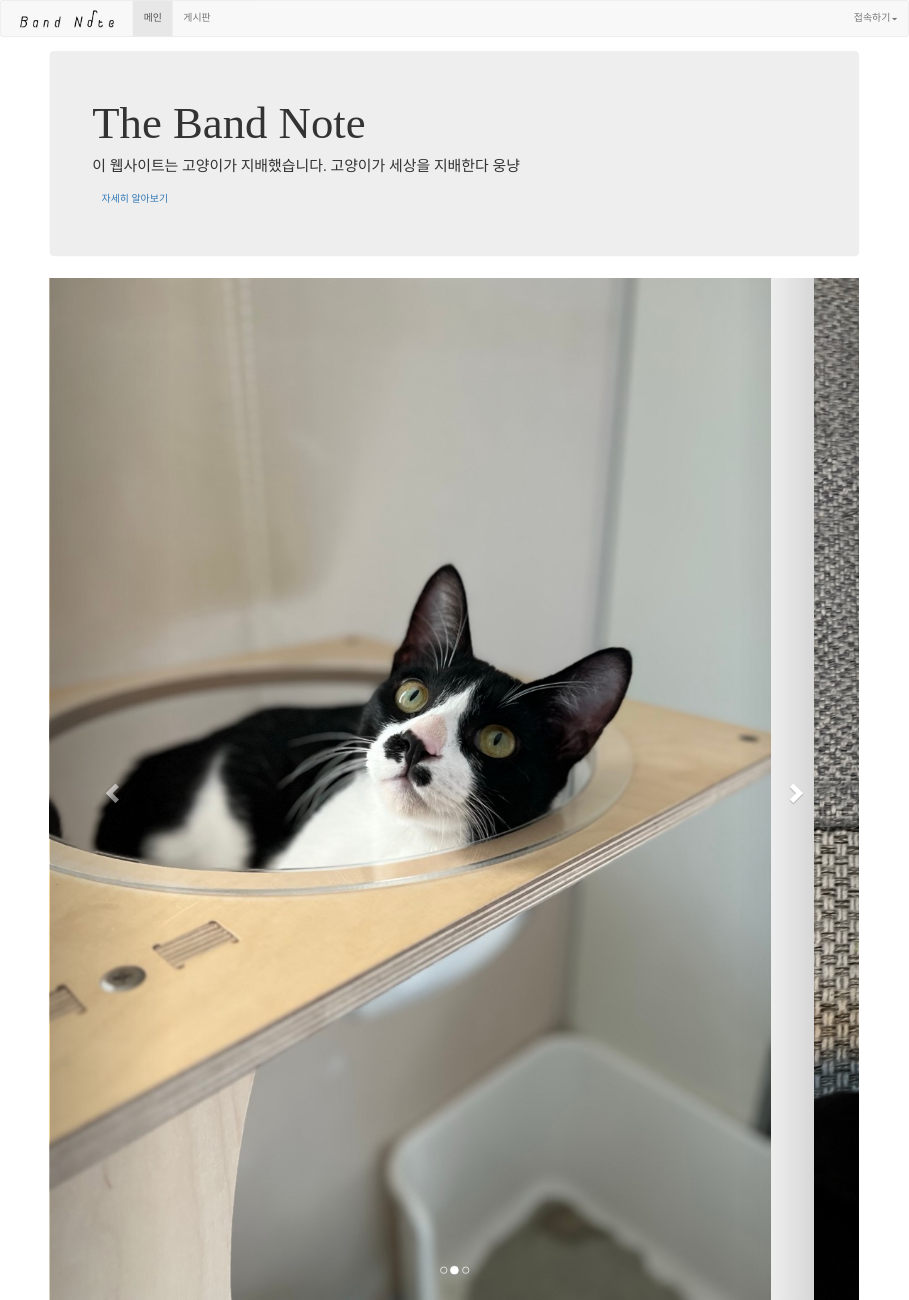
Repository: SweetFriedPotato/BandNote
Page: http://localhost/BBS/main.jsp
These files come from the project's save history. The page is drawn as it stood at one moment and after the next save; the edit follows.
The browser window is 1280 px wide. The pictures show the whole page, at 71% of full size.
Some web fonts or font styles are not loaded; a fallback is used. Some web libraries are served in a nearby version. The page is served by Tomcat 9. Other server files are loaded and not shown.

Above is the page before, as saved 2024-03-01 06:30:44.

### BBS/src/main/webapp/main.jsp
<%@ page language="java" contentType="text/html; charset=UTF-8"
    pageEncoding="UTF-8"%>
<%@ page import="java.io.PrintWriter" %>

<!DOCTYPE html>
<html>
<head>
<meta http-equiv="Content-Type" content="text/html; charset=UTF-8">
<meta name="viewport" content="width-device-width", initial-scale="1">
<link rel="stylesheet" href="css/bootstrap.css">
<link rel="stylesheet" href="css/custom.css">
<title>B A N D N O T E</title>
</head>
<body>
	<%
		String userID = null;
		if(session.getAttribute("userID") != null){
			userID = (String) session.getAttribute("userID");
		}
	%>

	<nav class="navbar navbar-default">
        <div class="navbar-header">
             <button type="button" class="navbar-toggle collapsed"
             data-toggle="collapse" data-target="#bs-example-navbar-collapse-1"
             aria-expanded="false">
             <span class="icon-bar"></span>
             <span class="icon-bar"></span>
             <span class="icon-bar"></span>
             </button>
             <a class="navbar-brand" href="main.jsp" style="height: 40px; margin-top: -5px;">
    			<img src="images/logo1.png" alt="BANDNOTE Logo" style="width: auto; height: 35px">
			</a>
        </div>

                <div class="collapse navbar-collapse" id="bs-example-navbar-collapse-1">
                	<ul class="nav navbar-nav">
                		<li class= "active"> <a href="main.jsp">메인</a></li>
                	    <li> <a href="bbs.jsp">게시판</a></li>
                	</ul>
                	<%
                		if(userID == null){
                	%>
                	<ul class="nav navbar-nav navbar-right">
						<li class="dropdown">
							<a href="#" class="dropdown-toggle"
								data-toggle="dropdown" role="button" aria-haspopup="true"
								aria-expanded="false">접속하기<span class="caret"></span></a>
							<ul class="dropdown-menu">
								<li><a href="login.jsp">로그인</a></li>
								<li><a href="join.jsp">회원가입</a></li>
							</ul>
						</li>
					</ul>
                	<%
                		}else{
                	%>
                	<ul class="nav navbar-nav navbar-right">
						<li class="dropdown">
							<a href="#" class="dropdown-toggle"
								data-toggle="dropdown" role="button" aria-haspopup="true"
								aria-expanded="false">회원관리<span class="caret"></span></a>
							<ul class="dropdown-menu">
								<li><a href="logoutAction.jsp">로그아웃</a></li>

							</ul>
						</li>
					</ul>
                	<%
                		}
                	%>

		</div>
	</nav>
	<div class="container">
		<div class="jumbotron">
			<h1>The Band Note</h1>
			<p>이 웹사이트는 고양이가 지배했습니다. 고양이가 세상을 지배한다 웅냥</p>
			<p><a class="btn btn=primary btn-pull" href="#" role="button">자세히 알아보기</a></p>
		</div>
	</div>

	<div class="container">
		<div id="myCarousel" class="carousel slide" data-ride="carousel">
			<ol class="carousel-indicators">
				<li data-target="#myCarousel" data-slide-to="1" class="active"></li>
				<li data-target="#myCarousel" data-slide-to="2"></li>
				<li data-target="#myCarousel" data-slide-to="3"></li>
			</ol>
			<div class="carousel-inner">
				<div class="item active">
					<img src="images/1.jpg">
				</div>
				<div class="item">
					<img src="images/2.jpg">
				</div>
				<div class="item">
					<img src="images/3.jpg">
				</div>
			</div>
			<a class="left carousel-control" href="#myCarousel" data-slide="prev">
				<span class="glyphicon glyphicon-chevron-left"></span>
			</a>
			<a class="right carousel-control" href="#myCarousel" data-slide="next">
				<span class="glyphicon glyphicon-chevron-right"></span>
			</a>
		</div>
	</div>

   <script src="https://code.jquery.com/jquery-3.1.1.min.js"></script>
   <script src="js/bootstrap.js"></script>

</body>
</html>

### BBS/src/main/webapp/css/custom.css
@import url(http://fonts.googleapis.com/earlyaccess/hanna.css);
@import url(http://fonts.googleapis.com/earlyaccess/nanumgothic.css);


*{
	font-family: 'Nanum Gothic';
}

h1{
	font-family:'Hanna';
}

Loaded but not shown: BBS/src/main/webapp/css/bootstrap.css (library); BBS/src/main/webapp/js/bootstrap.js (library)

After the next save:
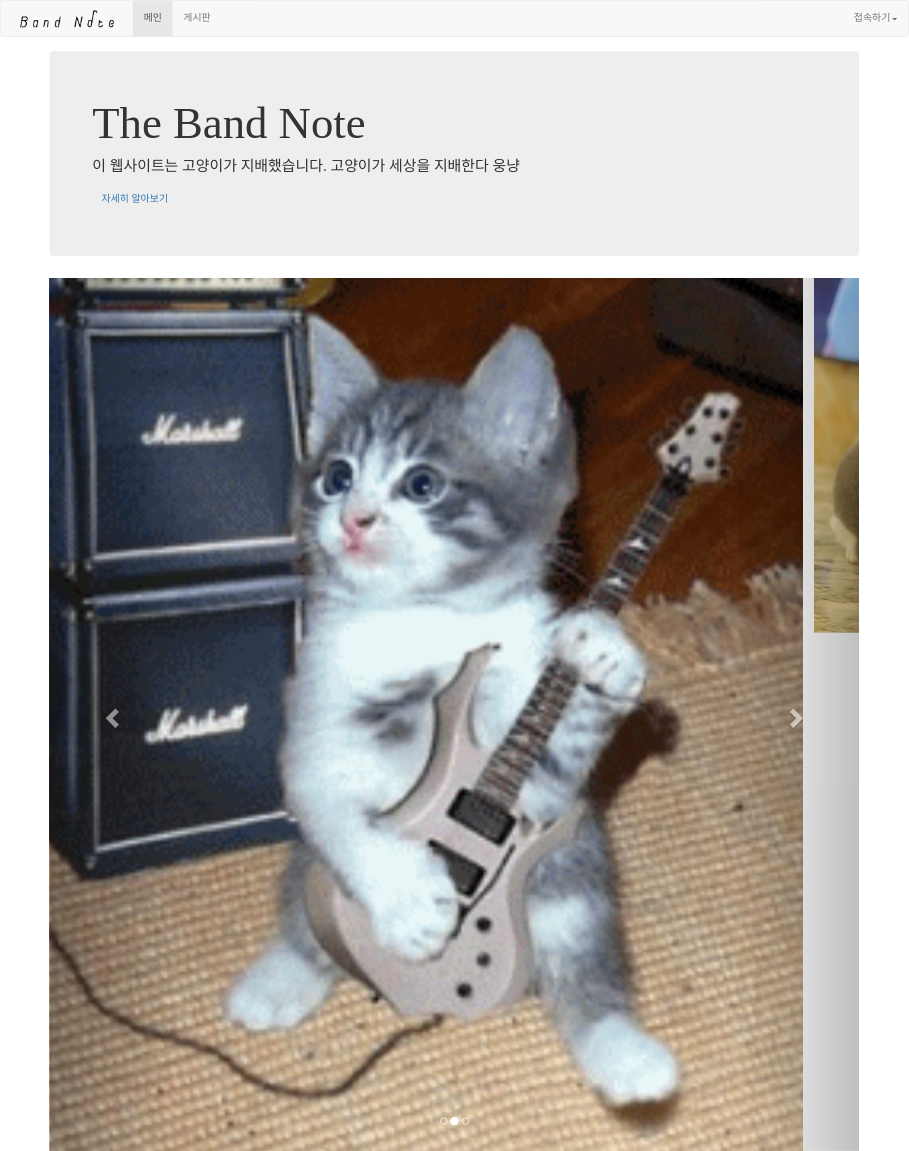
Saved 6 min 42 s later.
--- a/BBS/src/main/webapp/main.jsp
+++ b/BBS/src/main/webapp/main.jsp
@@ -89,13 +89,13 @@
 			</ol>
 			<div class="carousel-inner">
 				<div class="item active">
-					<img src="images/1.jpg">
+					<img src="images/catGuitar.jpeg">
 				</div>
 				<div class="item">
-					<img src="images/2.jpg">
+					<img src="images/catGuitar2.png">
 				</div>
 				<div class="item">
-					<img src="images/3.jpg">
+					<img src="images/catGuitar3.jpeg">
 				</div>
 			</div>
 			<a class="left carousel-control" href="#myCarousel" data-slide="prev">
